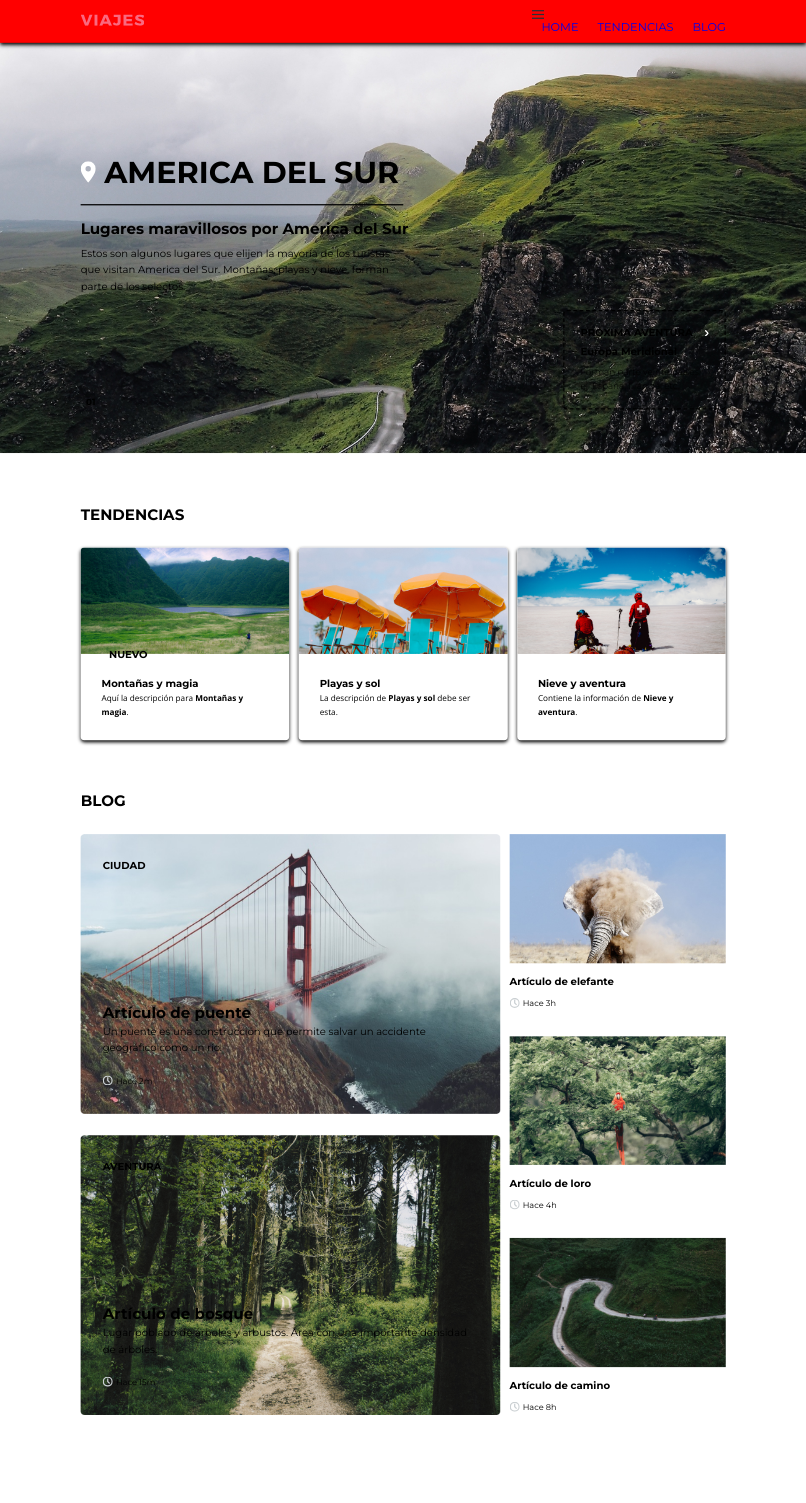
Repository: agustin-mesa/viajes
Page: /
An editor plug-in stored every save of this project. The page is shown before and after the next save, followed by the edit.
The browser window is 1280 px wide. The pictures show the whole page, at 63% of full size.
The project was rebuilt for these pictures with package versions that can differ from the ones it lists, and the page was loaded fresh each time. Also part of the build but not shown: src/components/styles/colors.module.scss.

Above is the page before, as saved 2021-11-14 00:59:12.

After the next save:
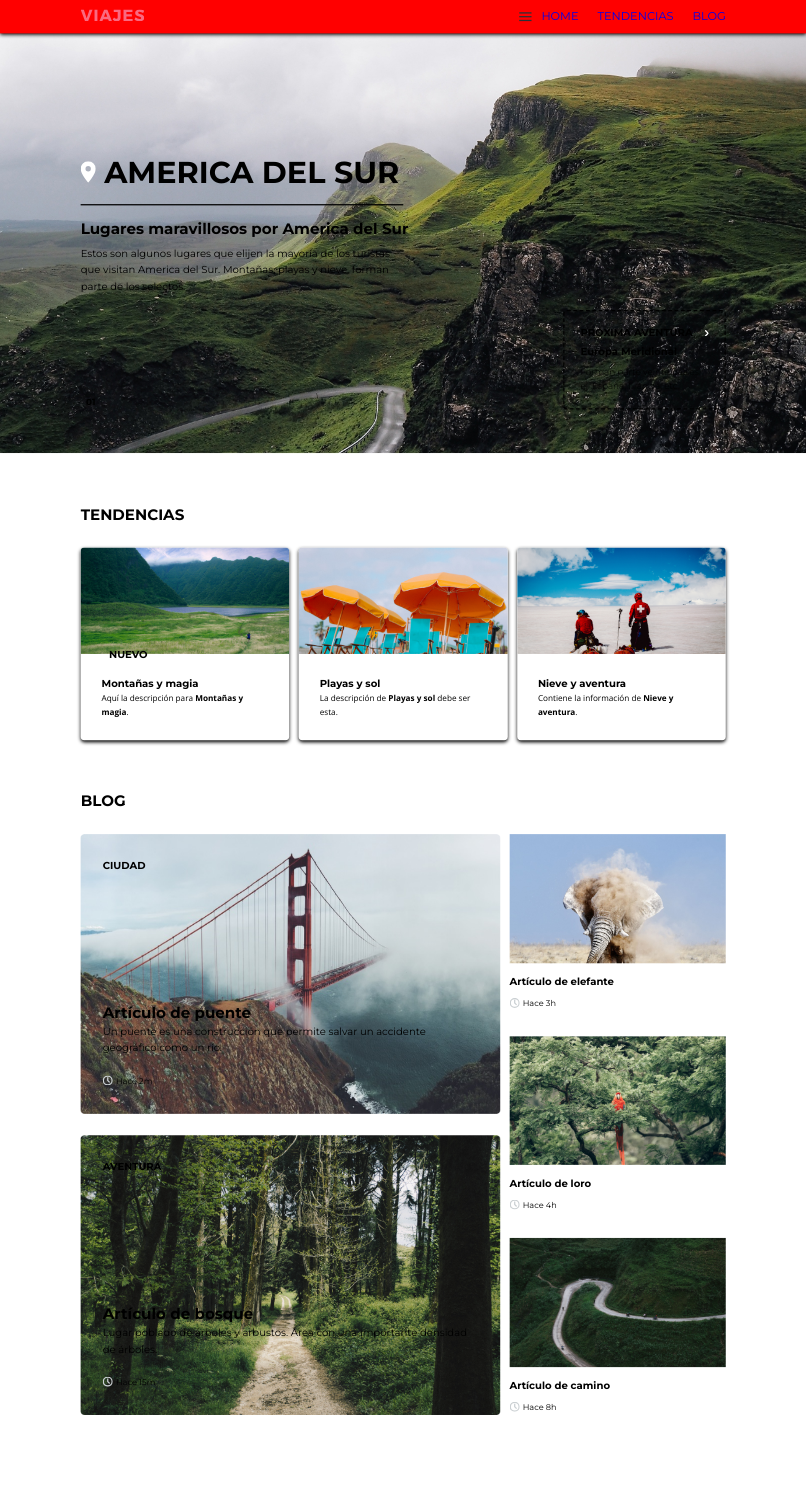
Saved 24 s later.
--- a/src/components/Header.js
+++ b/src/components/Header.js
@@ -78,6 +78,11 @@ const ContainerHeader = styled.header`
     .header__logo a img {
       width: 100px;
     }
+
+    .nav__menu {
+      display: flex;
+    }
+
     ul {
       display: flex;
       flex-direction: row;
